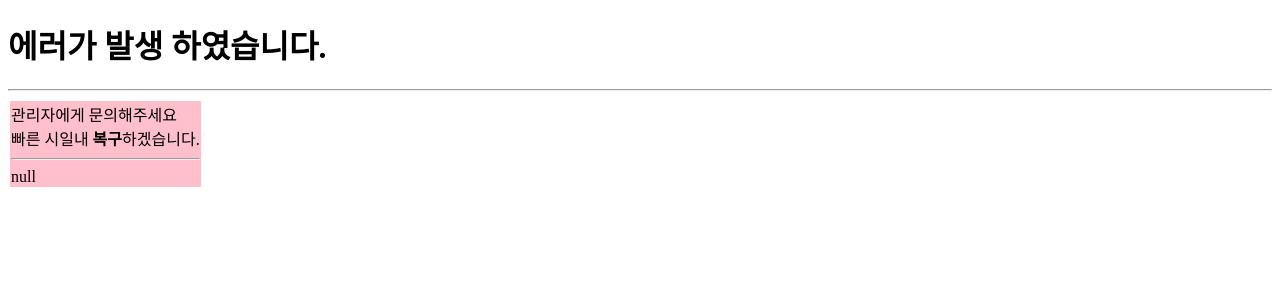
Repository: donggeonoh/My_Source
Page: http://localhost/WebProgramming/ch05/error.jsp
An editor plug-in stored every save of this project. The page is shown before and after the next save, followed by the edit.
The browser window is 1280 px wide. The pictures show the whole page.
The page is served by Tomcat 9. Other server files are loaded and not shown.

Above is the page before, as saved 2016-10-06 09:47:54.

### Web Source/WebProgramming/WebContent/ch05/error.jsp
<%@ page language="java" contentType="text/html; charset=UTF-8"
    pageEncoding="UTF-8" isErrorPage = "true"%>
<!DOCTYPE html PUBLIC "-//W3C//DTD HTML 4.01 Transitional//EN" "http://www.w3.org/TR/html4/loose.dtd">
<html>
<head>
<meta http-equiv="Content-Type" content="text/html; charset=UTF-8">
<title>Error of Error_test.jsp</title>
</head>
<body>
	<h1>에러가 발생 하였습니다.</h1>
	<hr>
		<table>
			<tr bgcolor = "pink">
				<td>
				관리자에게 문의해주세요<br>
				빠른 시일내 <strong>복구</strong>하겠습니다.
				<hr>
				<%= exception%>
				</hr>
				</td>
			</tr>
		</table>
	</hr>
</body>
</html>

After the next save:
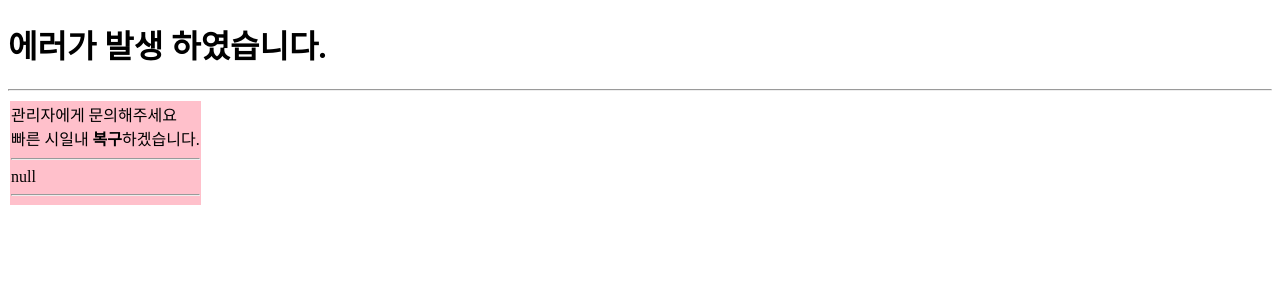
Saved 2 min 34 s later.
--- a/Web Source/WebProgramming/WebContent/ch05/error.jsp
+++ b/Web Source/WebProgramming/WebContent/ch05/error.jsp
@@ -16,10 +16,9 @@
 				빠른 시일내 <strong>복구</strong>하겠습니다.
 				<hr>
 				<%= exception%>
-				</hr>
+				<hr>
 				</td>
 			</tr>
 		</table>
-	</hr>
 </body>
 </html>
